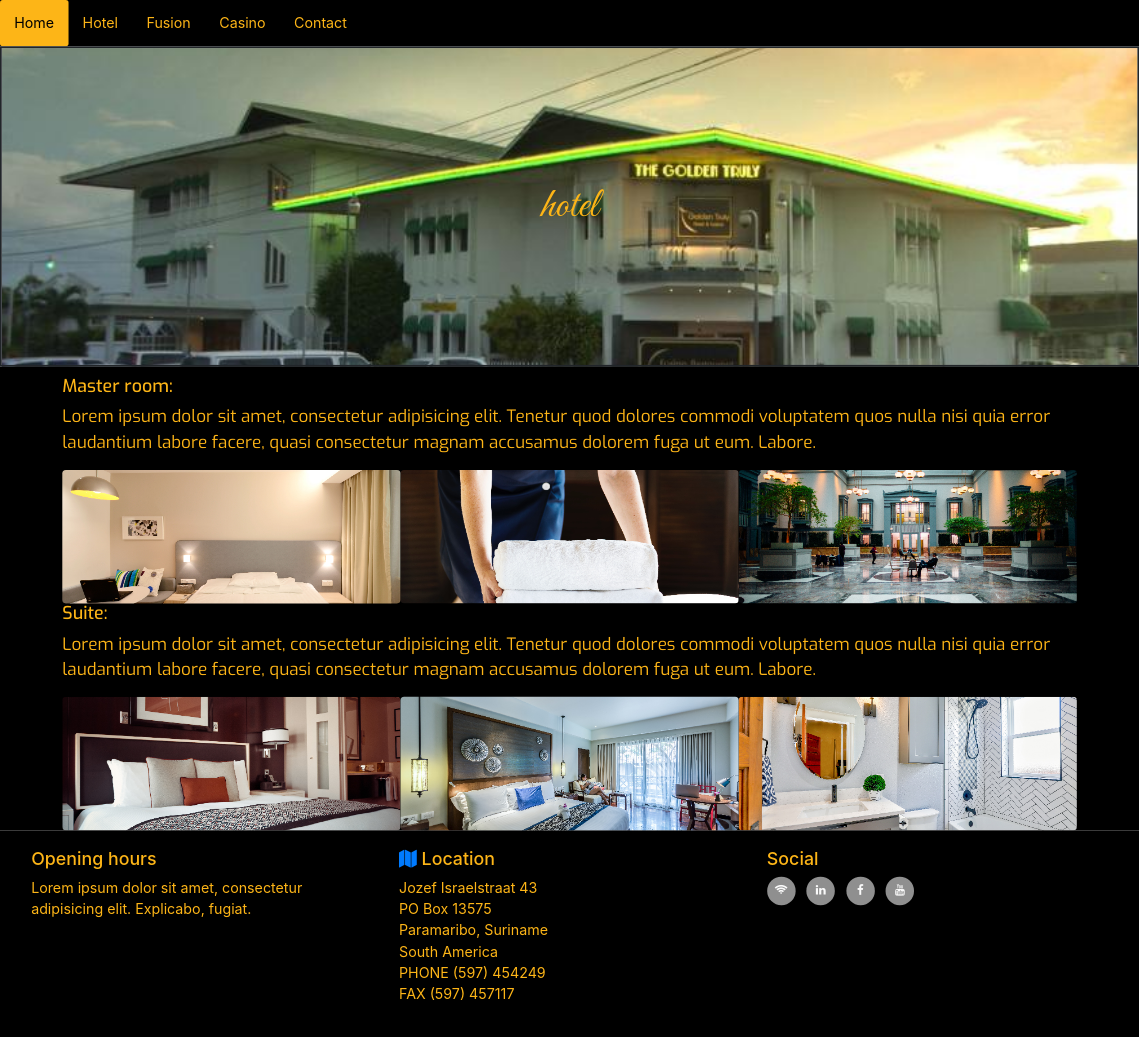
Repository: Code-Institute-Submissions/anthonycaf-Milestone1
Page: hotel.html
The author's editor kept a record of every edit. The page is drawn from the files as they stood at one moment, then again after the next edit.
The browser window is 1280 px wide. The pictures show the whole page, at 89% of full size.
The pointer rests on the first visible `.bg-img-size`.

Above is the page before.

After the next edit:
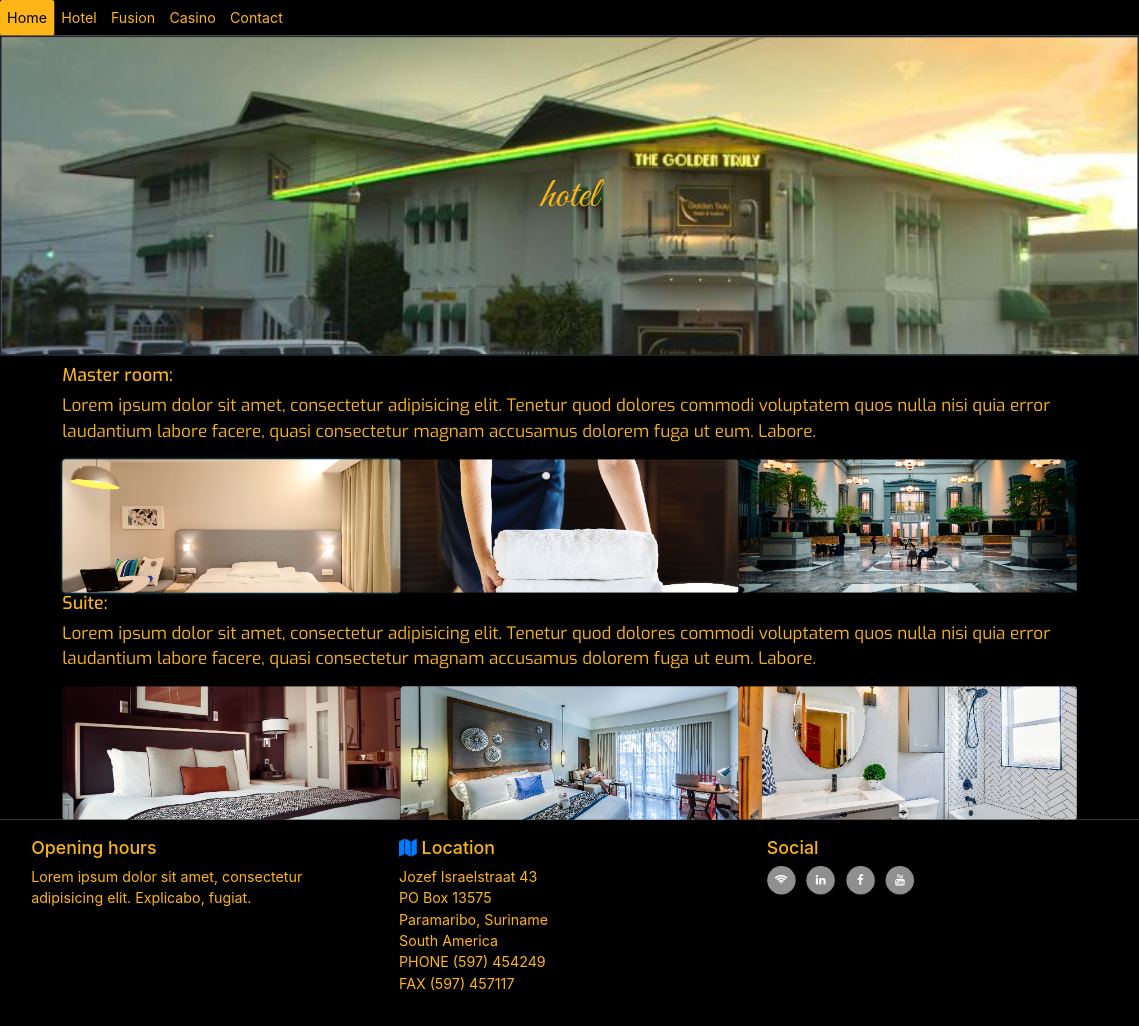
The edit:
--- a/css/style.css
+++ b/css/style.css
@@ -204,6 +204,8 @@
      width: 33.3%;
      height: 150px;
  }
+ .bg-img-size:hover {
+  box-shadow: 0 0 2px 1px rgba(0, 140, 186, 0.5);
 
  /*----------- contact.html/form --------*/
 
